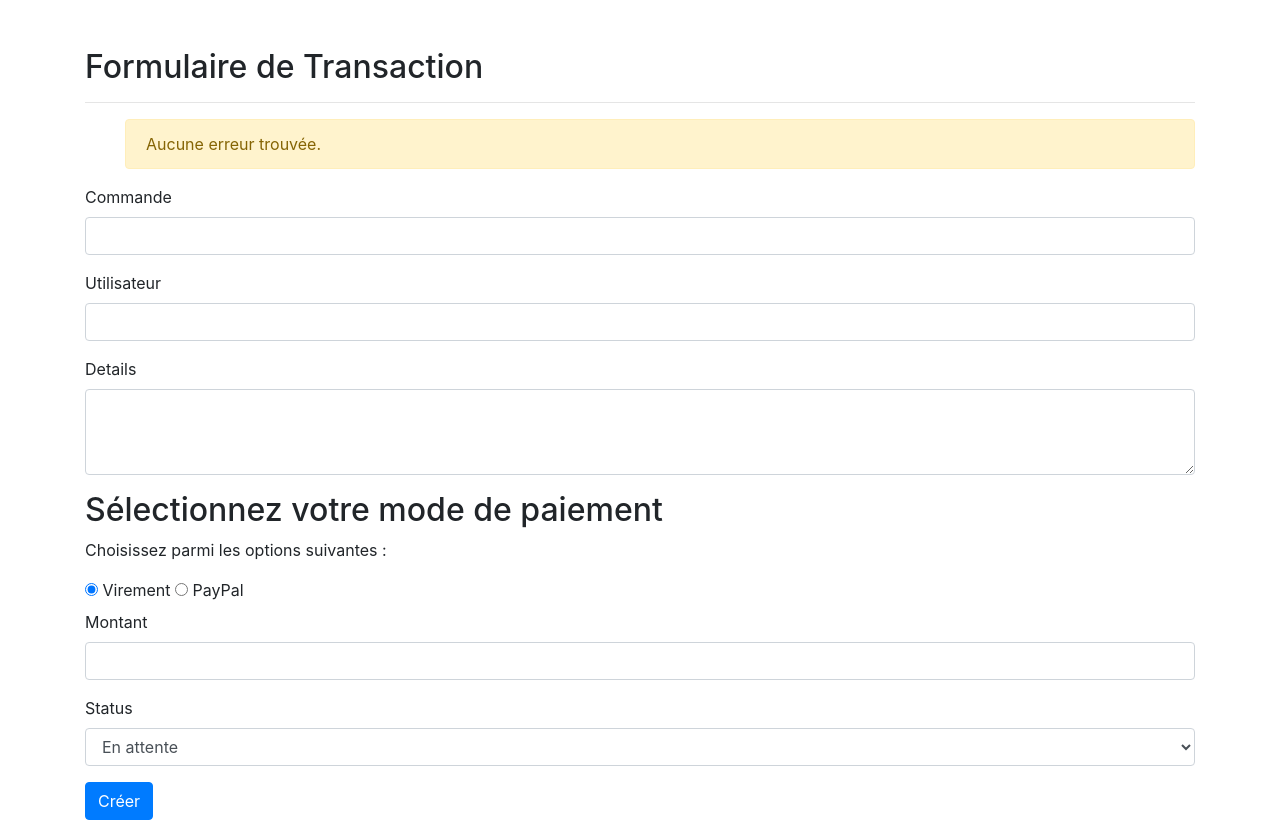
Repository: DIOMANDEMohamed/tp-web
Page: http://localhost/formulaire
These files come from the project's save history. The page is drawn as it stood at one moment and after the next save; the edit follows.
The browser window is 1280 px wide. The pictures show the whole page.
The page is served by the project's Laravel application, run on PHP 8.4 with Laravel 12. Other server files are loaded and not shown.

Above is the page before, as saved 2024-06-07 16:24:09.

### app/Providers/AppServiceProvider.php
<?php

namespace App\Providers;

use Illuminate\Support\ServiceProvider;
use Illuminate\Support\Facades\Schema;
class AppServiceProvider extends ServiceProvider
{
    /**
     * Register any application services.
     */
    public function register(): void
    {
        //
    }

    /**
     * Bootstrap any application services.
     */
    public function boot(): void
    {
        //
        Schema::defaultStringLength(191); //Update defaultStringLength
    }
}

### routes/web.php
<?php

use App\Http\Controllers\TransactionController;
use Illuminate\Support\Facades\Route;

Route::get('/', function () {
    return view('welcome');
});
Route::get('/transaction', [TransactionController::class, 'transaction'])->name('all transaction.index');
Route::get('/depot', [TransactionController::class, 'trandepot'])->name('depot.index');
Route::get('/competer', [TransactionController::class, 'trancompleter'])->name('completer.index');
Route::get('/enattente', [TransactionController::class, 'tranenattente'])->name('en attente.index');
Route::get('/retirer', [TransactionController::class, 'tranretirer'])->name('retirer.index');
Route::get('/onhold', [TransactionController::class, 'tranonhold'])->name('onhold.index');
Route::get('/formulaire',[TransactionController::class, 'tranformulaire'])->name('transaction.formulaire');
Route::post('/transaction', [TransactionController::class, 'transaction_traitement'])->name('all transaction.index');

### app/Http/Controllers/TransactionController.php
<?php

namespace App\Http\Controllers;

use Illuminate\Http\Request;
use App\Models\transaction;

class TransactionController extends Controller
{

    public function transaction(){
        return view('all transaction.index');
    }

    public function trandepot(){
        return view('depot.index');

    }
    public function trancompleter(){
        return view('completer.index');
    }
    public function tranenattente(){
        return view('en attente.index');
    }
    public function tranretirer(){
        return view('retirer.index');
    }
    public function tranonhold(){
        return view('onhold.index');
    }
    public function tranformulaire(){
        return view('transaction.formulaire');
    }
    public function transaction_traitement(){
        $$_REQUEST->validate([
            'commande'=>'required',
            'utilisateur'=>'required',
            'detail'=>'required',
            'par'=>'required',
            'montant'=>'required',
            'statut'=>'required',
        ]);
        $transaction = new Transaction();
        $transaction->commande =$$_REQUEST->commande;
        $transaction->utilisateur =$$_REQUEST->utilisateur;
        $transaction->detail =$$_REQUEST->detail;
        $transaction->par =$$_REQUEST->par;
        $transaction->montant =$$_REQUEST->montant;
        $transaction->status =$$_REQUEST->status;
        $transaction->save();

        return redirect('all transaction.index')->with('status', 'la transaction a bien été effectuer avec succès.');
    }


}

### resources/views/transaction/formulaire.blade.php
<!DOCTYPE html>
<html lang="en">
<head>
    <meta charset="UTF-8">
    <meta name="viewport" content="width=device-width, initial-scale=1.0">
    <title>Formulaire Simple</title>
    <link rel="stylesheet" href="https://maxcdn.bootstrapcdn.com/bootstrap/4.0.0/css/bootstrap.min.css">
</head>
<body>
    <div class="container mt-5">
        <h2>Formulaire de Transaction</h2>
        <hr>
        @if (session('status'))
            <div class="alert alert-success">
                {{session('status')}}
            </div>
        @endif
        <ul>
            @if (isset($erreur))
            @foreach ($error->all() as $error )
              <li class="alert alert-danger">{($error)}</li>
            @endforeach
          @else
            <p class="alert alert-warning">Aucune erreur trouvée.</p>
          @endif

        </ul>


        <form action="{{route('all transaction.index') }}" method="POST">
            @csrf
            <div class="form-group">
                <label for="commande">Commande</label>
                <input type="number" class="form-control" id="commande" name="commande" required>
            </div>
            <div class="form-group">
                <label for="utilisateur">Utilisateur</label>
                <input type="text" class="form-control" id="utilisateur" name="utilisateur" required>
            </div>
            <div class="form-group">
                <label for="details">Details</label>
                <textarea class="form-control" id="details" name="details" rows="3" required></textarea>
            </div>
            <div class="payment-method-block">
                <h2>Sélectionnez votre mode de paiement</h2>
                <p>Choisissez parmi les options suivantes :</p>

                <label for="payment-method-virement">
                  <input type="radio" id="payment-method-virement" name="payment-method" value="virement" checked>
                  Virement
                </label>

                <label for="payment-method-paypal">
                  <input type="radio" id="payment-method-paypal" name="payment-method" value="paypal">
                  PayPal
                </label>
              </div>

            <div class="form-group">
                <label for="montant">Montant</label>
                <input type="number" class="form-control" id="montant" name="montant" required>
            </div>
            <div class="form-group">
                <label for="status">Status</label>
                <select class="form-control" id="status" name="status" required>
                    <option value="En attente">En attente</option>
                    <option value="En cours">En cours</option>
                    <option value="Terminé">Terminé</option>
                </select>
            </div>
            <button type="submit" class="btn btn-primary">Créer</button>
        </form>
    </div>
</body>
</html>

Loaded but not shown: app/Http/Controllers/Controller.php (common file)

After the next save:
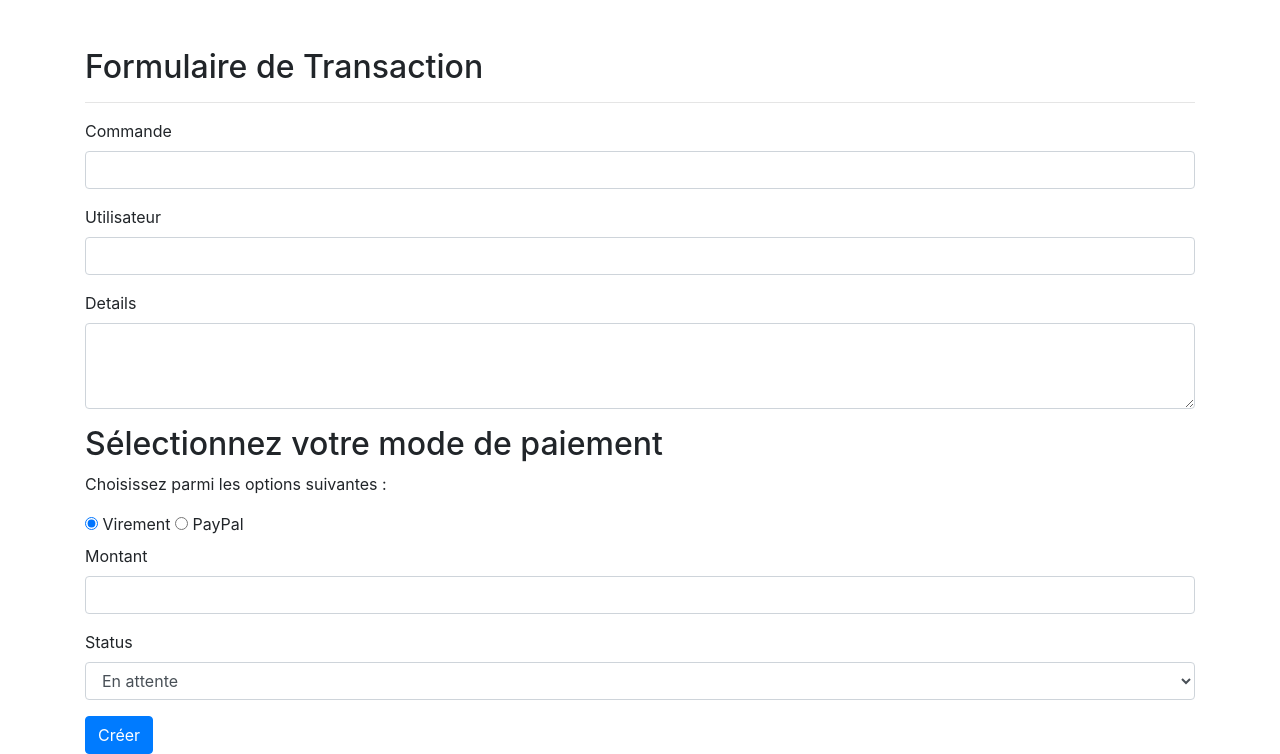
Saved 21 s later.
--- a/resources/views/transaction/formulaire.blade.php
+++ b/resources/views/transaction/formulaire.blade.php
@@ -20,8 +20,7 @@
             @foreach ($error->all() as $error )
               <li class="alert alert-danger">{($error)}</li>
             @endforeach
-          @else
-            <p class="alert alert-warning">Aucune erreur trouvée.</p>
+
           @endif
 
         </ul>
